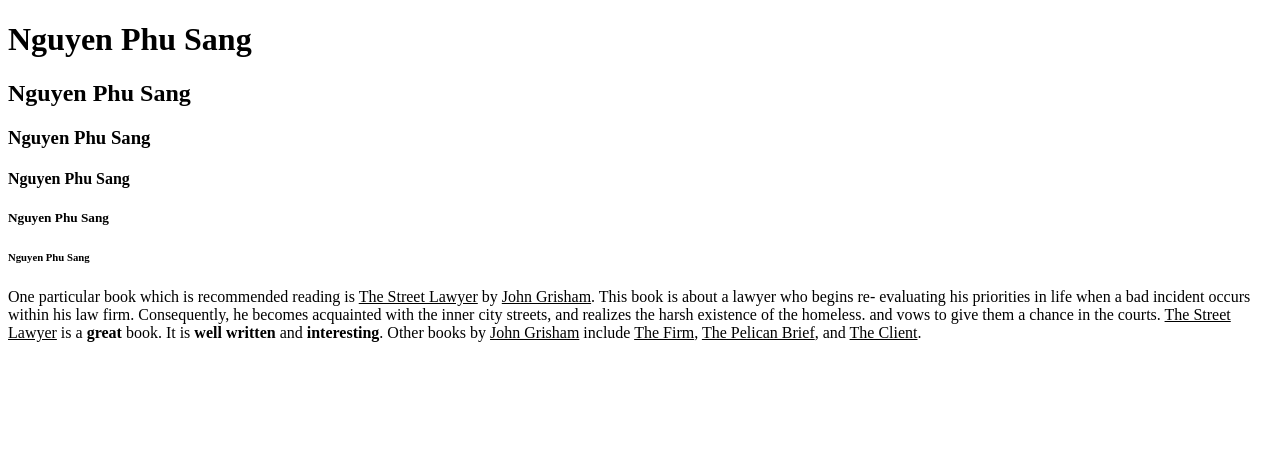
Repository: NguyenPhuSang21023391/HTCNWeb_T1-2
Page: TH_Tuan01/html/Tuan1.html
The author's editor kept a copy of each file at every save. The page is drawn from the files as they stood at one save, then again after the next save.
The browser window is 1280 px wide. The pictures show the whole page.

Above is the page before, as saved 2023-02-18 00:08:46.

### TH_Tuan01/html/Tuan1.html
<!DOCTYPE html>
<html lang="en">
  <head>
    <meta charset="UTF-8" />
    <meta http-equiv="X-UA-Compatible" content="IE=edge" />
    <meta name="viewport" content="width=device-width, initial-scale=1.0" />
    <title>THỰC HÀNH TUẦN 1</title>
  </head>
  <body>
    <h1>Nguyen Phu Sang</h1>
    <h2>Nguyen Phu Sang</h2>
    <h3>Nguyen Phu Sang</h3>
    <h4>Nguyen Phu Sang</h4>
    <h5>Nguyen Phu Sang</h5>
    <h6>Nguyen Phu Sang</h6>

    <p>
      One particular book which is recommended reading is
      <u>The Street Lawyer</u> by <u>John Grisham</u>. This book is about a
      lawyer who begins re- evaluating his priorities in life when a bad
      incident occurs within his law firm. Consequently, he becomes acquainted
      with the inner city streets, and realizes the harsh existence of the
      homeless. and vows to give them a chance in the courts.
      <u>The Street Lawyer</u> is a <b>great</b> book. It is
      <b>well written</b> and <b>interesting</b>. Other books by
      <u>John Grisham</u> include <u>The Firm</u>, <u>The Pelican Brief</u>, and
      <u>The Client</u>.
    </p>

    <param
      LanMot="High Flying I gazed down into valleys,
      At the snowcaps white as cream,
      Then soared above the puffy clouds-
      Too bad it was a dream!"
      value=""
    />
  </body>
</html>

After the next save:
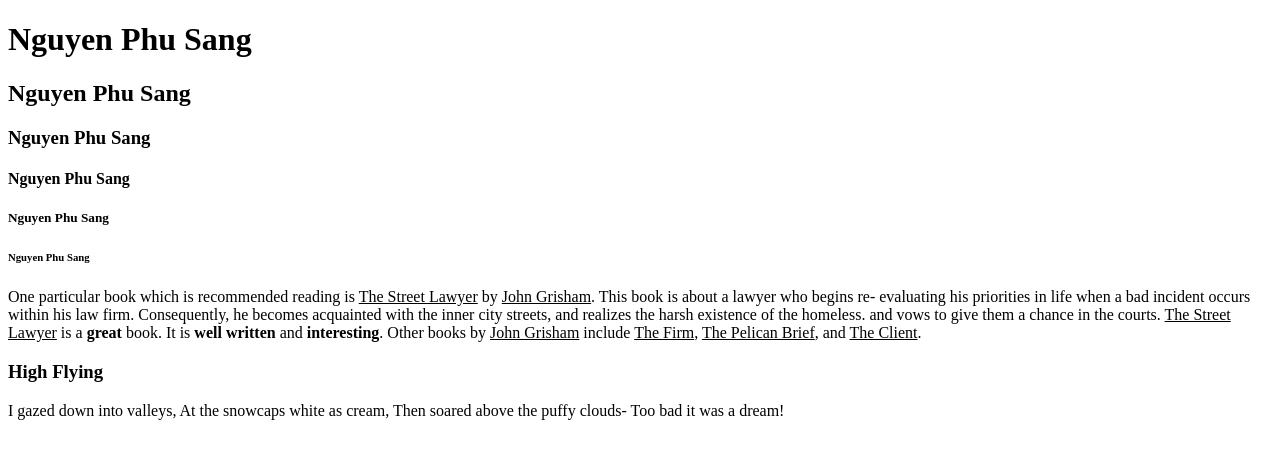
Saved 5 min 0 s later.
--- a/TH_Tuan01/html/Tuan1.html
+++ b/TH_Tuan01/html/Tuan1.html
@@ -27,12 +27,10 @@
       <u>The Client</u>.
     </p>
 
-    <param
-      LanMot="High Flying I gazed down into valleys,
-      At the snowcaps white as cream,
-      Then soared above the puffy clouds-
-      Too bad it was a dream!"
-      value=""
-    />
+    <h3>High Flying</h3>
+    <p style="text-align: left">
+      I gazed down into valleys, At the snowcaps white as cream, Then soared
+      above the puffy clouds- Too bad it was a dream!
+    </p>
   </body>
 </html>
